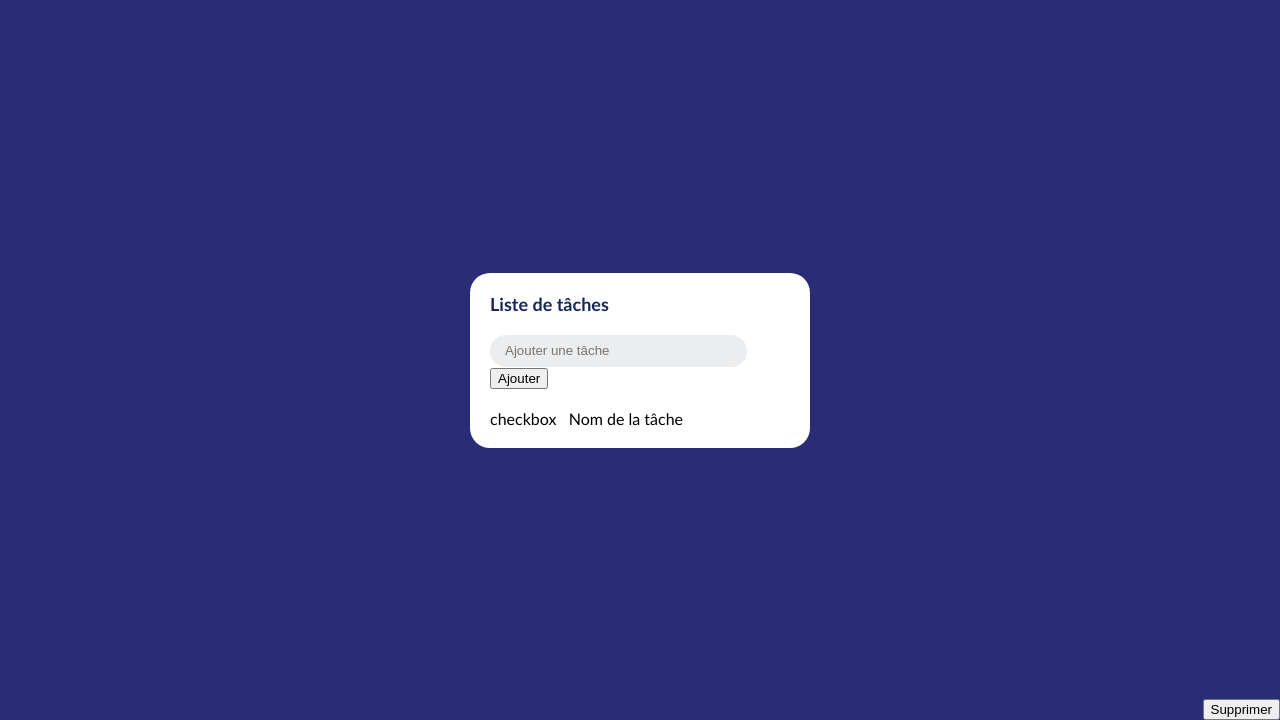
Repository: ndiemenguer/convertisseur
Page: / (app in todo-isep/)
These files come from the project's save history. The page is drawn as it stood at one moment and after the next save; the edit follows.
The browser window is 1280 px wide. The pictures show the whole page.
The project was rebuilt for these pictures with package versions that can differ from the ones it lists, and the page was loaded fresh each time. Also part of the build but not shown: todo-isep/vite.config.js, todo-isep/src/Application.jsx, todo-isep/src/index.css.

Above is the page before, as saved 2023-05-06 12:29:29.

### todo-isep/src/main.jsx
import React from 'react'
import ReactDOM from 'react-dom/client'
import App from './App.jsx'
import ApplicationDev from './Application.jsx'
import './index.css'


ReactDOM.createRoot(document.getElementById('root')).render(
  <React.StrictMode>
    <App />
  </React.StrictMode>,
)

### todo-isep/src/App.jsx
import "./App.css";

function App() {
  return (
    <>
      <main className="container">
        <div className="title">Liste de tâches</div>
        <div className="input-box">
          <input
            type="text"
            className="input"
            placeholder="Ajouter une tâche"
          />
          <button>Ajouter</button>
        </div>
        <div className="todo-list">
          <div className="todo-box">
            <div>checkbox &nbsp; Nom de la tâche</div>
            <div>
              <button className="button">Supprimer</button>
            </div>
          </div>
        </div>
      </main>
    </>
  );
}

export default App;

### todo-isep/src/App.css
body {
  background: #2a2c76;
  display: flex;
  height: 100vh;
  width: 100vw;
  margin: 0;
  justify-content: center;
  align-items: center;
  font-family: calibri;
}

.container {
  background: white;
  width: 300px;
  min-height: 100px;
  border-radius: 20px;
  display: flex;
  flex-direction: column;
  gap: 20px;
  padding: 20px;
}

.container .title {
  font-size: 18px;
  font-weight: 600;
  color: #17275c;
}

.input-box {
  position: relative;
}

.todo-list {
  display: flex;
  flex-direction: column;
  gap: 10px;
}

.todo-box {
  display: flex;
  justify-content: space-between;
}

.input {
  width: 80%;
  height: 30px;
  border-radius: 20px;
  border: 0;
  outline: none;
  background-color: #ecedef;
  padding-left: 15px;
}

.button {
  position: absolute;
  right: 0;
  bottom: 0;
}

Loaded but not shown: todo-isep/index.html (common file)

After the next save:
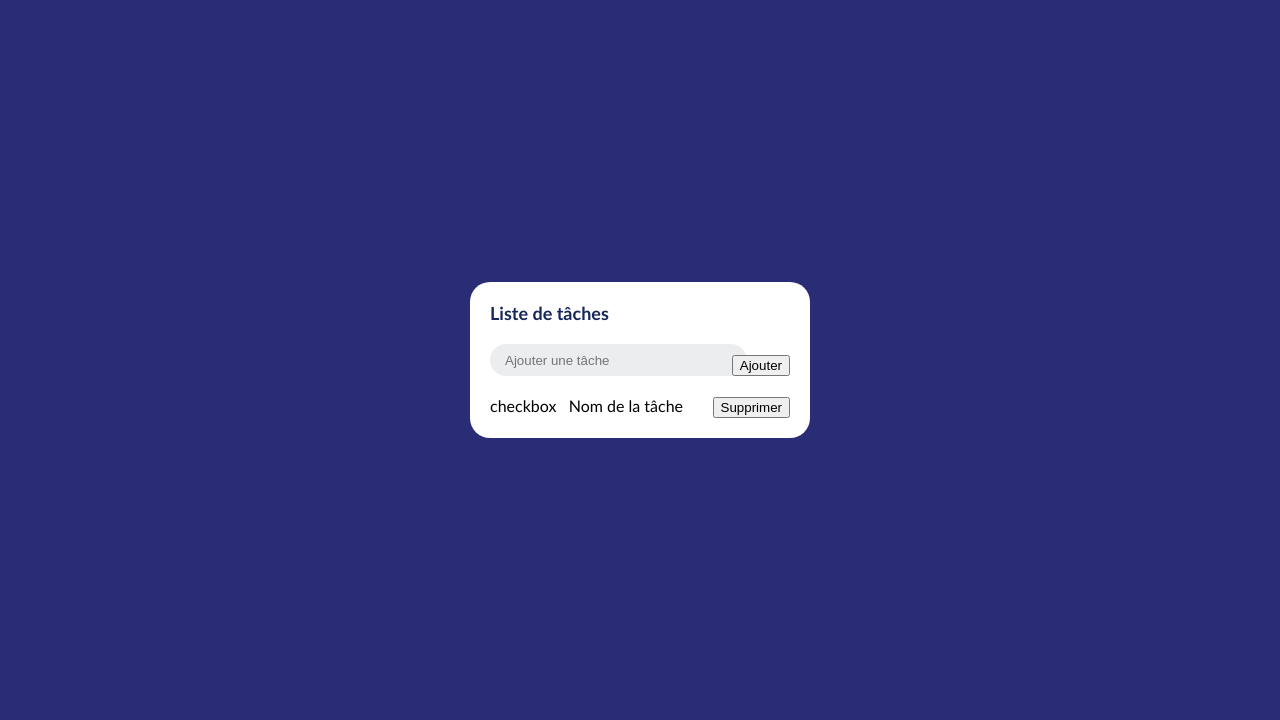
Saved 12 s later.
--- a/todo-isep/src/App.jsx
+++ b/todo-isep/src/App.jsx
@@ -11,13 +11,13 @@ function App() {
             className="input"
             placeholder="Ajouter une tâche"
           />
-          <button>Ajouter</button>
+          <button className="button">Ajouter</button>
         </div>
         <div className="todo-list">
           <div className="todo-box">
             <div>checkbox &nbsp; Nom de la tâche</div>
             <div>
-              <button className="button">Supprimer</button>
+              <button>Supprimer</button>
             </div>
           </div>
         </div>
